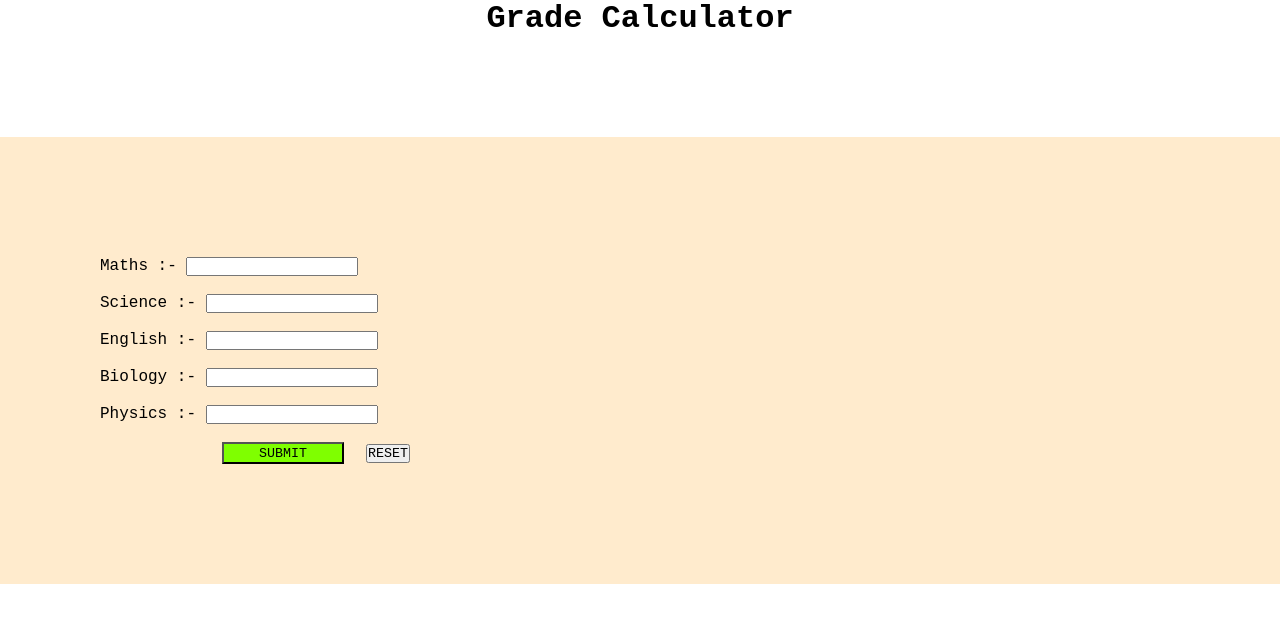
Repository: neelpatel6262/task-manager
Page: index.html
An editor plug-in stored every save of this project. The page is shown before and after the next save, followed by the edit.
The browser window is 1280 px wide. The pictures show the whole page.
Some web fonts or font styles are not loaded; a fallback is used.

Above is the page before, as saved 2025-07-17 16:01:17.

After the next save:
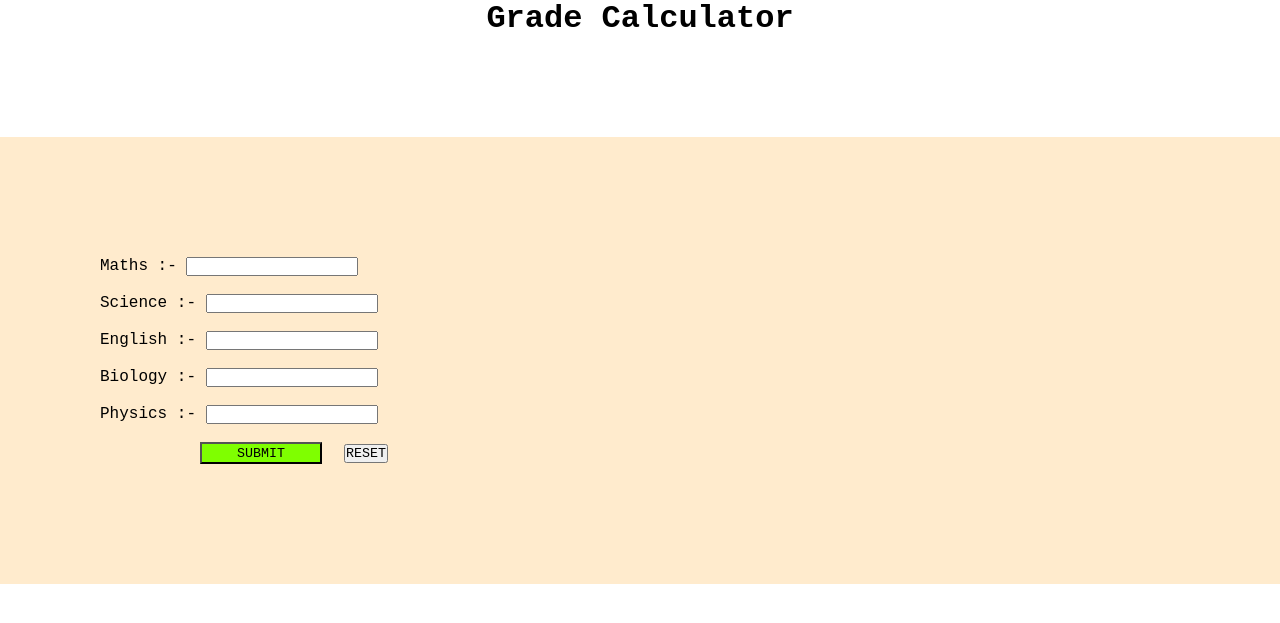
Saved 33 s later.
--- a/style.css
+++ b/style.css
@@ -27,6 +27,6 @@ h1{
   background-color: chartreuse;
   width: 122px;
   height: 22px;
-  margin-left: 122px;
+  margin-left: 100px;
 margin-right: 22px;
 }
